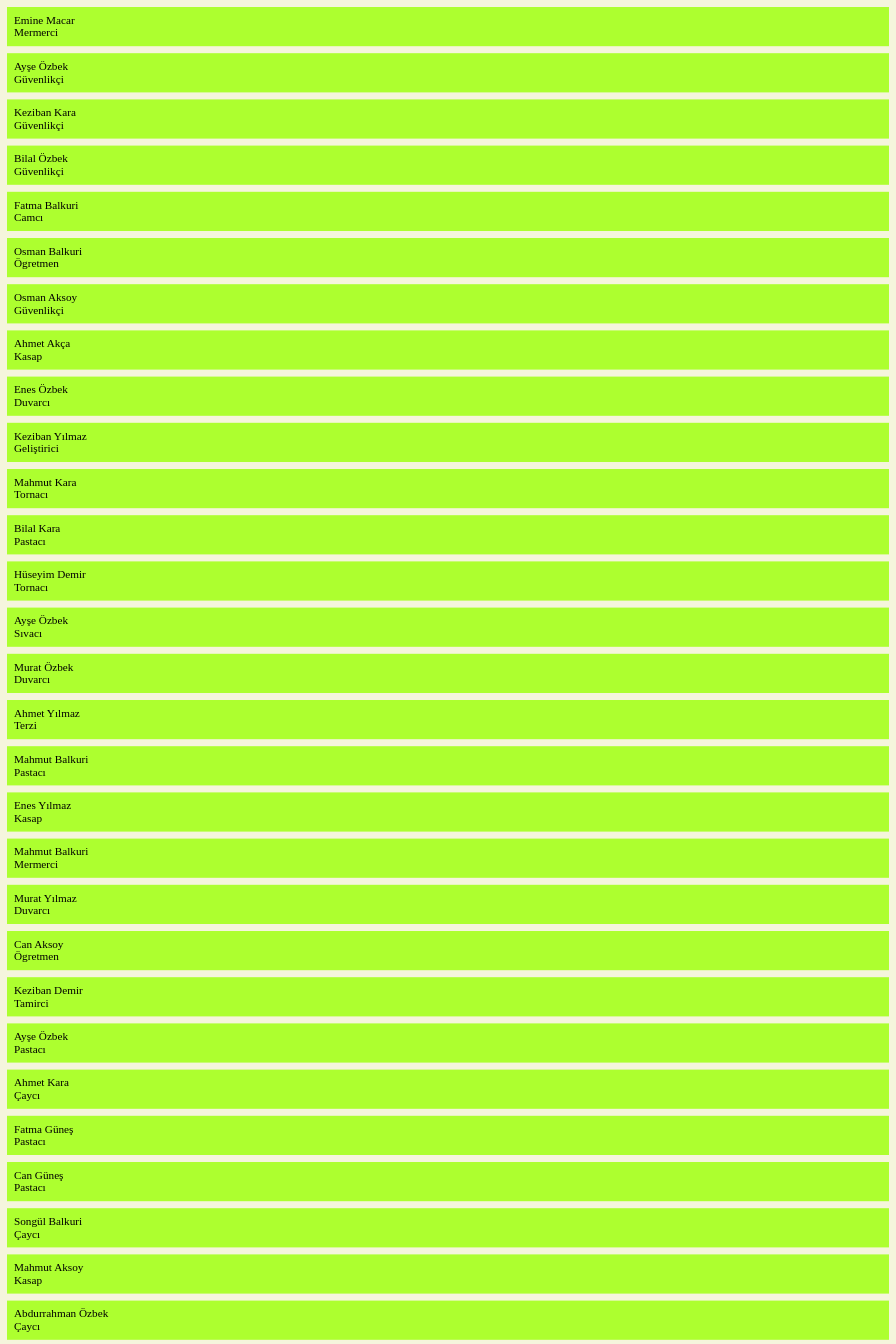
Repository: Sonvatan/S-f-rdan-geli-tirici-olmak-hafta-6
Page: İndex.html
The author's editor kept a copy of each file at every save. The page is drawn from the files as they stood at one save, then again after the next save.
The browser window is 1280 px wide. The pictures show the part of the page from y = 0 to 1920 px (the page is 5148 px tall), at 70% of full size.

Above is the page before, as saved 2024-02-01 23:39:17.

### İndex.html
<html>
    <head>
        <title>Week-6</title>
        <style>
            * {
                padding: 0;
                margin: 0;
            }

            html, body, #root {
                background-color: beige;
                height: 100%;
                width: 100%;
            }
            .person {
                background-color: greenyellow;
                flex-direction: column;
                display: flex;
                padding: 10px;
                margin: 10px;
            }
        </style>

    <body>
        <div id = "root"></div>

       <script>
            const names = [
                "Ahmet",
                "Mehmet",
                "Murat",
                "Ayşe",
                "Fatma",
                "Keziban",
                "Songül",
                "Emine",
                "Musab",
                "Abdurrahman",
                "Can",
                "Mahmut",
                "Bilal",
                "Büşra",
                "Hüseyim",
                "Osman",
                "Enes",
            ];

            const surnames = [
                "Balkuri",
                "Kara",
                "Güneş",
                "Özbek",
                "Yılmaz",
                "Macar",
                "Yılmaz",
                "Akça",
                "Demir",
                "Aksoy",

            ];

            const jobs = [
                "Tamirci",
                "Tornacı",
                "Çaycı",
                "Polis",
                "Ögretmen",
                "Camcı",
                "Güvenlikçi",
                "Pastacı",
                "Geliştirici",
                "Sıvacı",
                "Duvarcı",
                "Terzi",
                "Mermerci",
                "Kasap",

           ];



            const randomName = () => {
                return names[Math.floor(Math.random() * names.length)];

            };

            const randomSurname = () => {
                return surnames[Math.floor(Math.random() * surnames.length)];

            };

            const randomFullName = () => {
                const name = randomName();
                const surname = randomSurname();

                return ` ${name} ${surname}`;

            };
            const randomJob = () => {
                return jobs[Math.floor(Math.random() * jobs.length)];
            };

             let data = [];
            for(let i = 0; i < 78; i++) {
                data.push({
                    title:randomFullName(),
                    job: randomJob(),
                    id: i
                });
            }
            const containerDiv = document.getElementById("root");
            data.forEach((item,index) => {
                containerDiv.innerHTML += `<div id="${item.id}" class="person person-${index}">
                    <span>${item.title}</span>
                    <span>${item.job}</span>

                </div>`;

            });

       </script>
    </head>
    </body>
</html>

After the next save:
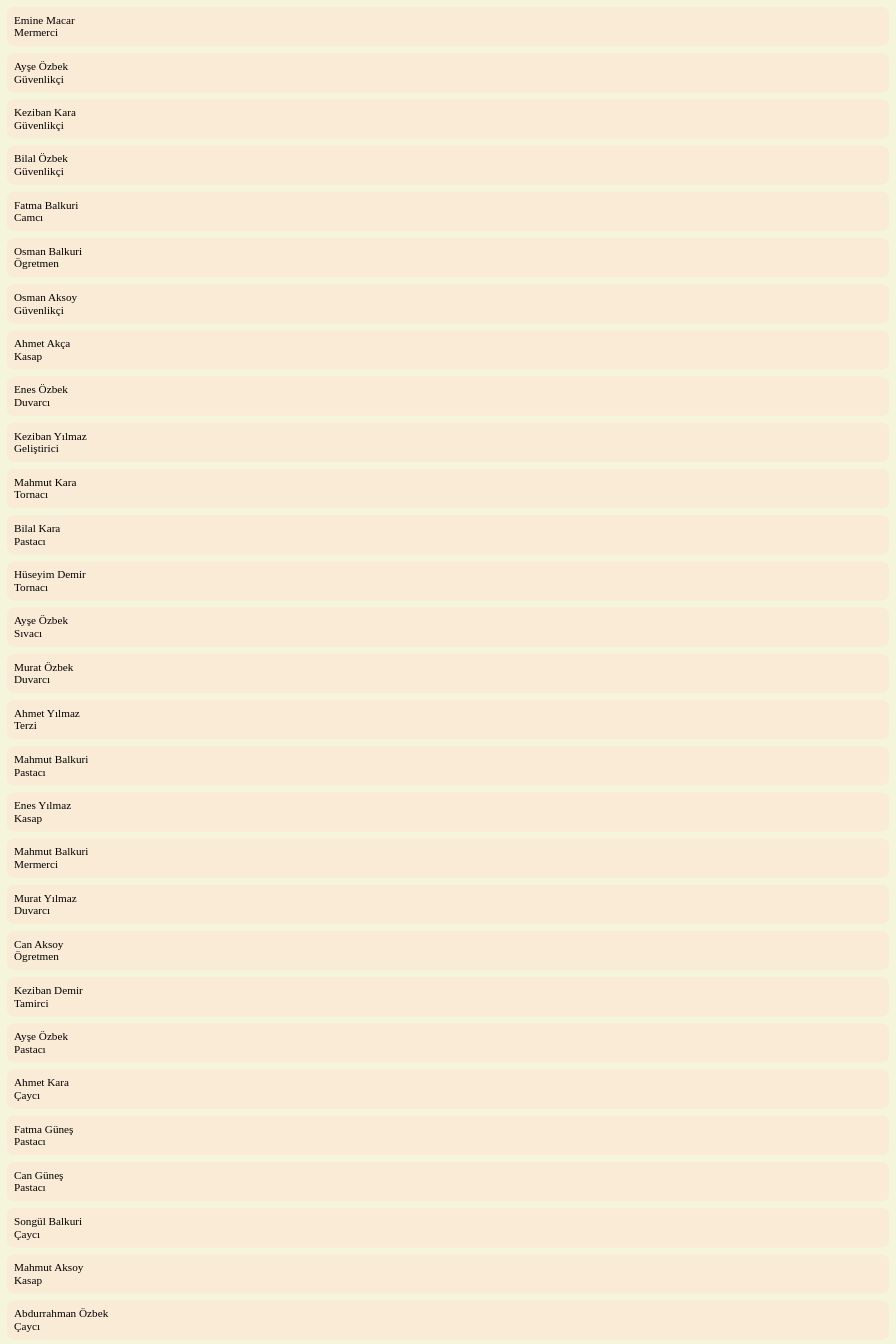
Saved 71 s later.
--- a/İndex.html
+++ b/İndex.html
@@ -13,8 +13,9 @@
                 width: 100%;
             }
             .person {
-                background-color: greenyellow;
+                background-color: antiquewhite;
                 flex-direction: column;
+                border-radius: 10px;
                 display: flex;
                 padding: 10px;
                 margin: 10px;
